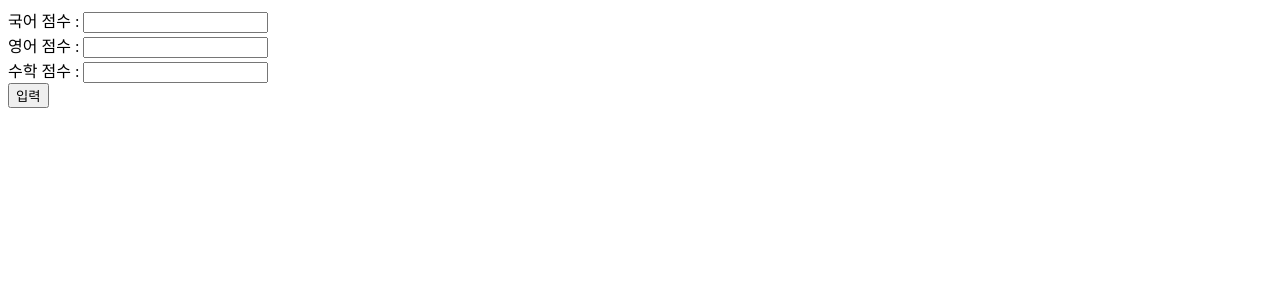
Repository: YooMyeongSeon/JSP_Servlet_Study
Page: web01/WebContent/Quiz_01.htm
The author's editor kept a copy of each file at every save. The page is drawn from the files as they stood at one save, then again after the next save.
The browser window is 1280 px wide. The pictures show the whole page.

Above is the page before, as saved 2022-06-08 08:04:18.

After the next save:
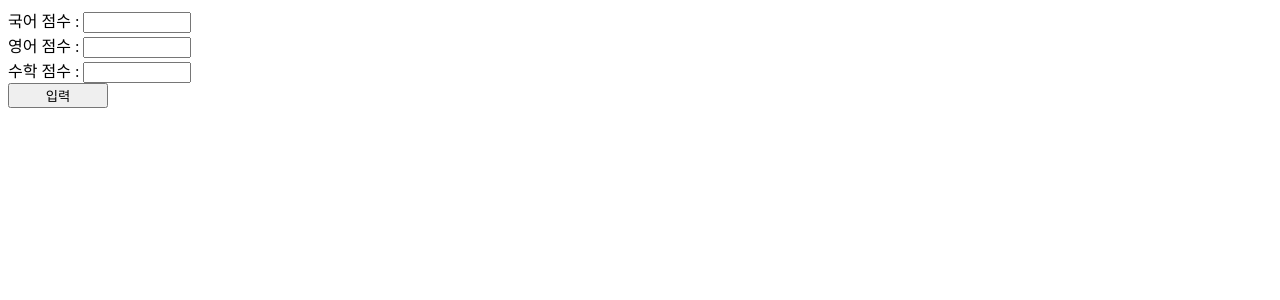
Saved 13 s later.
--- a/web01/WebContent/Quiz_01.htm
+++ b/web01/WebContent/Quiz_01.htm
@@ -4,7 +4,7 @@
 <meta charset="UTF-8">
 <title>Insert title here</title>
 <style>
-	label {
+	input {
 		width : 100px;
 	}
 </style>
